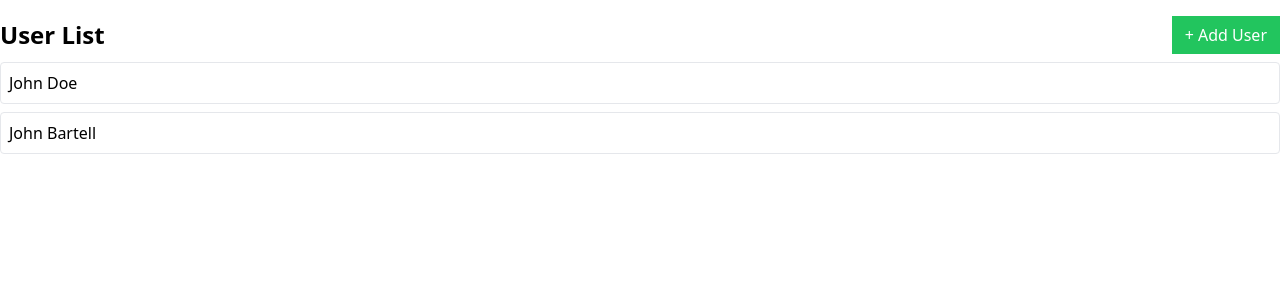
Repository: Marhamat92/users-app-redux-thunk-and-query
Page: /
An editor plug-in stored every save of this project. The page is shown before and after the next save, followed by the edit.
The browser window is 1280 px wide. The pictures show the whole page.
The project was rebuilt for these pictures with package versions that can differ from the ones it lists, and the page was loaded fresh each time. Requests to the local data server were answered from the project's data file.

Above is the page before, as saved 2023-01-30 21:35:59.

### src/index.js
import React from 'react';
import ReactDOM from 'react-dom/client';
import './index.css';
import App from './App';
import { Provider } from 'react-redux';
import { store } from './store';

const root = ReactDOM.createRoot(document.getElementById('root'));
root.render(
  <Provider store={store}>
    <App />
  </Provider>
);

### src/App.js
import UsersList from "./components/UsersList";


function App() {
  return (
    <div className="container mx-auto">
      <UsersList />
    </div>
  );
}

export default App;

### src/store/index.js
import { configureStore } from '@reduxjs/toolkit';
import { usersReducer } from './slices/usersSlice';

export const store = configureStore({
  reducer: {
    users: usersReducer,
  },
});


export * from './thunks/fetchUsers'; //  We are importing this here and exporting it from here so we can use it in App.js
export * from './thunks/addUser'; //  We are importing this here and exporting it from here so we can use it in App.js

### src/components/UsersList.js
import React, { useEffect, useState } from 'react'
import { fetchUsers, addUser } from '../store'
import { useDispatch, useSelector } from 'react-redux'
import Skeleton from './Skeleton'
import Button from './Button'
import { useThunk } from '../hooks/use-thunk'



function UsersList() {
  const dispatch = useDispatch()
  const { data } = useSelector((state) => {
    return state.users;
  });
  // const [isLoadingUsers, setIsLoadingUsers] = useState(false)  //!we removed these two lines because we are using hook useThunk
  // const [loadingUsersError, setLoadingUsersError] = useState(null)
  const [doFetchUsers, isLoadingUsers, loadingUsersError] = useThunk(fetchUsers) //!we are using useThunk hook to get the data from the server
  //! we deleted isLoading and error from destructring because we will use useState instead of isLoading and error which are isLoadingUsers and loadingUsersError
  // const [isAddingUser, setIsAddingUser] = useState(false)
  // const [addingUserError, setAddingUserError] = useState(null)
  const [doAddUser, isAddingUser, addingUserError] = useThunk(addUser) //!we are using useThunk hook to add the data to the server


  useEffect(() => {

    doFetchUsers(); //!we are using doFetchUsers instead of dispatch(fetchUsers()) because we are using useThunk hook
    //when we console log dispatch we see unwrap, so we ca use t to create a promise and then we can use then and catch to show the loading or error accordingly
  }, [doFetchUsers])

  const handleAddUser = () => {
    doAddUser()
  }


  if (isLoadingUsers) {
    return <Skeleton className="h-10 w-full" times={10} />
  }

  if (loadingUsersError) {
    return <div>Error while fetching data..</div>
  }


  const renderedUsers = data.map((user) => {

    return (
      <div>
        <div key={user.id} className='mb-2 mt-2 border rounded'>
          <div className='flex p-2 justify-between items-center cursor-pointer' >{user.name}</div>
        </div>
      </div>
    )


  })


  return (

    <div>
      <div className='flex flex-row justify-between items-center mt-4' >
        <h1 className='text-2xl font-bold' >User List</h1>
        {isAddingUser ? "Adding User...."
          : <Button onClick={handleAddUser} success>
            + Add User
          </Button>}
        {addingUserError && <div>Error while adding user</div>}
      </div>
      {renderedUsers}
    </div>
  )
}

export default UsersList

### src/store/slices/usersSlice.js
import { createSlice } from '@reduxjs/toolkit';
import { fetchUsers } from '../thunks/fetchUsers';
import { addUser } from '../thunks/addUser';

const usersSlice = createSlice({
  name: "users",
  initialState: {
    data: [],
    // isLoading: false,
    // error: null,

  },
  reducers: {},// we don't need reducers here because we are not creating a slice, we are creating a slice for fetching users in src/store/thunks/fetchUsers.//js
  extraReducers(builder) {
    builder.addCase(fetchUsers.pending, (state, action) => { state.isLoading = true });
    builder.addCase(fetchUsers.fulfilled, (state, action) => { state.isLoading = false; state.data = action.payload; });
    builder.addCase(fetchUsers.rejected, (state, action) => { state.isLoading = false; state.error = action.payload; });
    builder.addCase(addUser.pending, (state, action) => { state.isLoading = true; })
    builder.addCase(addUser.fulfilled, (state, action) => { state.isLoading = false; state.data.push(action.payload) });
    builder.addCase(addUser.rejected, (state, action) => { state.isLoading = false; state.error = action.error });
  }

});


//pending means that we are waiting for the response from the server
//fulfilled means that we got the response from the server
//rejected means that we got an error from the server

export const usersReducer = usersSlice.reducer;

### src/store/thunks/fetchUsers.js
import { createAsyncThunk } from "@reduxjs/toolkit";  // we use createAsyncThunk instead of createSlice here because we are not creating a slice, we are creating a thunk for fetching users
import axios from "axios";

const fetchUsers = createAsyncThunk('users/fetch', async () => {
  const response = await axios.get('http://localhost:3004/users')

  //!lets add short pause for development test to see if loading works or not (we will remove it later)
  await pause(1000) //! we are using await here because we want to wait for the pause to finish before we return the response.data
  return response.data;
})


//!lets add short pause for development test to see if loading works or not (we will remove it later)
const pause = (duration) => {
  return new Promise((resolve) => {
    setTimeout(
      resolve, duration)
  })
}


// when we create async thunk, fetchUsers.pending, fetchUsers.fulfilled, fetchUsers.rejected are automatically created and we can use them inside extraReducers in src/store/slices/usersSlice.js
//so fetchUsers.pending === 'users/fetch/pending', fetchUsers.fulfilled === 'users/fetch/fulfilled', fetchUsers.rejected === 'users/fetch/rejected'

//pending means that we are waiting for the response from the server
//fulfilled means that we got the response from the server
//rejected means that we got an error from the server

export { fetchUsers };

### src/store/thunks/addUser.js
import { createAsyncThunk } from '@reduxjs/toolkit';
import axios from 'axios';
import { faker } from '@faker-js/faker';

const addUser = createAsyncThunk('users/add', async () => {
  const response = await axios.post('http://localhost:3004/users', {
    name: faker.name.fullName(),
  });

  return response.data;
});

export { addUser };

### src/components/Skeleton.js
import React from 'react'
import classNames from 'classnames'

function Skeleton({ times, className }) {

  const outerClassNames = classNames(
    'relative',
    'overflow-hidden',
    'bg-gray-200',
    'rounded',
    'mb-2.5',
    className
  );
  const innerClassNames = classNames(
    'animate-shimmer',
    'absolute',
    'inset-0',
    '-translate-x-full',
    'bg-gradient-to-r',
    'from-gray-200',
    'via-white',
    'to-gray-200',


  );

  const boxes = Array(times).fill(0).map((_, i) => {
    return (<div key={i} className={outerClassNames}>
      <div className={innerClassNames} />
    </div>)
  });



  return boxes
}

export default Skeleton

### src/components/Button.js
import className from 'classnames';

function Button({
  children,
  primary,
  secondary,
  success,
  warning,
  danger,
  outline,
  rounded,
  ...rest
}) {
  const classes = className(
    rest.className,
    'flex items-center px-3 py-1.5 border',
    {
      'border-blue-500 bg-blue-500 text-white': primary,
      'border-gray-900 bg-gray-900 text-white': secondary,
      'border-green-500 bg-green-500 text-white': success,
      'border-yellow-400 bg-yellow-400 text-white': warning,
      'border-red-500 bg-red-500 text-white': danger,
      'rounded-full': rounded,
      'bg-white': outline,
      'text-blue-500': outline && primary,
      'text-gray-900': outline && secondary,
      'text-green-500': outline && success,
      'text-yellow-400': outline && warning,
      'text-red-500': outline && danger,
    }
  );

  return (
    <button {...rest} className={classes}>
      {children}
    </button>
  );
}

Button.propTypes = {
  checkVariationValue: ({ primary, secondary, success, warning, danger }) => {
    const count =
      Number(!!primary) +
      Number(!!secondary) +
      Number(!!warning) +
      Number(!!success) +
      Number(!!danger);

    if (count > 1) {
      return new Error(
        'Only one of primary, secondary, success, warning, danger can be true'
      );
    }
  },
};

export default Button;

### src/hooks/use-thunk.js
import { useState, useCallback } from 'react'
import { useDispatch } from 'react-redux'

export function useThunk(thunk) {
  const [isLoading, setIsLoading] = useState(false);
  const [error, setError] = useState(null);
  const dispatch = useDispatch();

  const runThunk = useCallback(
    (arg) => {
      setIsLoading(true);
      dispatch(thunk(arg))
        .unwrap()
        .catch((err) => setError(err))
        .finally(() => setIsLoading(false));
    },
    [dispatch, thunk]
  );

  return [runThunk, isLoading, error];
}

### tailwind.config.js
/** @type {import('tailwindcss').Config} */
module.exports = {
  content: [
    "./src/**/*.{js,jsx,ts,tsx}",
  ],
  theme: {
    extend: {
      keyframes: {
        shimmer: {
          '100%': { transform: 'translateX(100%)' },
        },
      },
      animation: {
        shimmer: 'shimmer 1.5s infinite',
      },
      colors: {},
      fontFamily: {},
      fontSize: {},
      fontWeight: {},
      height: {},
      inset: {},
      letterSpacing: {},
      lineHeight: {},
      margin: {},
      maxHeight: {},
      maxWidth: {},
      minHeight: {},
      minWidth: {},
      opacity: {},
      padding: {},
      screens: {
        xs: "320px",
        sm: "640px",
        md: "768px",
        lg: "1024px",
        xl: "1280px",
        "2xl": "1536px",

      },
      spacing: {},
      stroke: {},
      strokeWidth: {},
      textColor: {},
      width: {},
      zIndex: {},
    },
  },
  plugins: [],
}

### db.json
{
  "users": [
    {
      "id": 1,
      "name": "John Doe"
    },
    {
      "name": "John Bartell",
      "id": 2
    }

  ],
  "albums": [],
  "photos": []
}

Loaded but not shown: public/index.html (common file); src/index.css (common file)

After the next save:
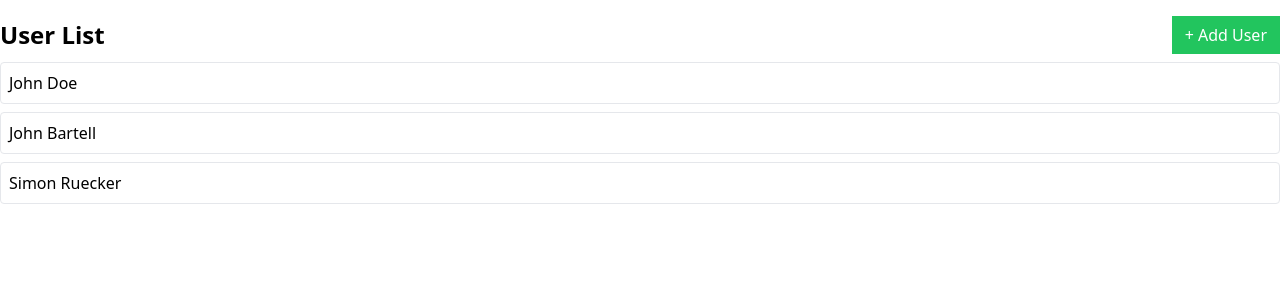
Saved 20 s later.
--- a/db.json
+++ b/db.json
@@ -7,8 +7,11 @@
     {
       "name": "John Bartell",
       "id": 2
+    },
+    {
+      "name": "Simon Ruecker",
+      "id": 3
     }
-
   ],
   "albums": [],
   "photos": []
